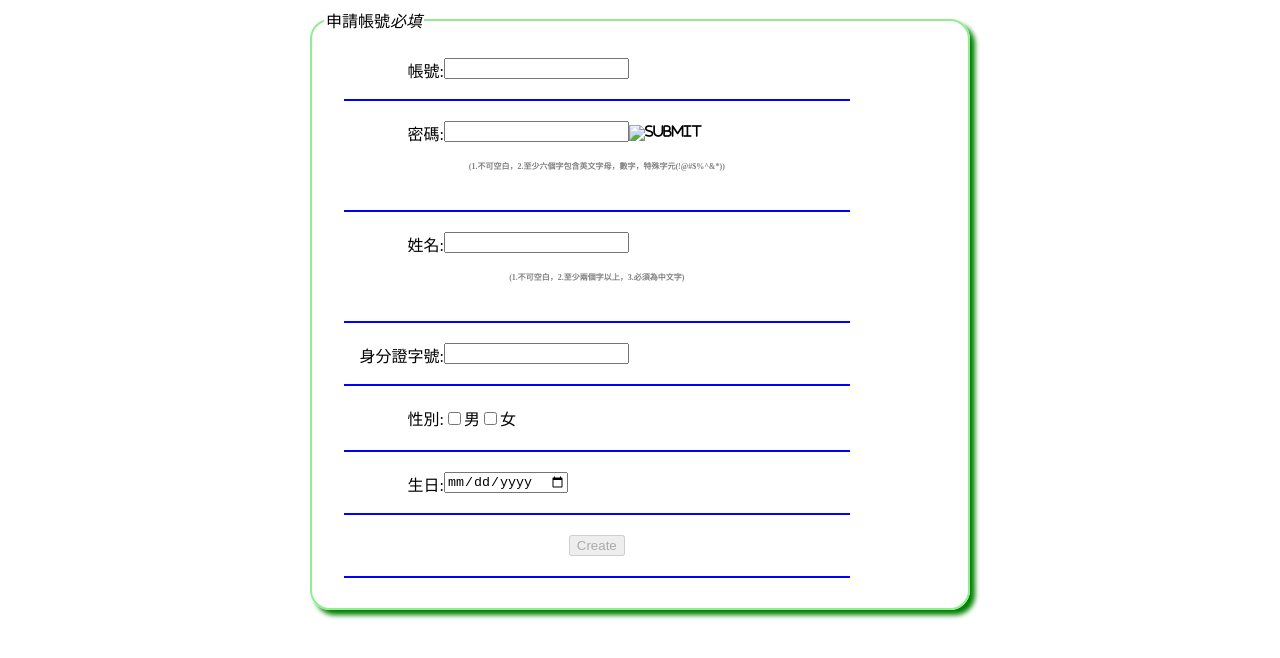
Repository: cctytw2000/JavaSecondProject
Page: Member/EEIT109_35/src/main/webapp/html/RegisteredMember.html
An editor plug-in stored every save of this project. The page is shown before and after the next save, followed by the edit.
The browser window is 1280 px wide. The pictures show the whole page.
Some web libraries are served in a nearby version.

Above is the page before, as saved 2019-09-07 02:17:14.

### Member/EEIT109_35/src/main/webapp/html/RegisteredMember.html
<!DOCTYPE html>
<html>
<head>
<meta charset="UTF-8">
<title>Insert title here</title>
<script src="../JS/RegisteredMember.js"></script>
<link rel="stylesheet" href="../CSS/RegisteredMember.css">
<script src="https://kit.fontawesome.com/685268963f.js"></script>
</head>
<body>


<form action="../RegisteredMember.do" method="post">

 <fieldset>
<legend>申請帳號<em>必填</em></legend>
<div class="div1">
<label class='label1'>帳號:</label><input type="text" id="account" name="account"><span id="account_msg"></span>
</div>
<div class="div1">
<label class='label1'>密碼:</label><input type="password" id="password" name="password"><span id="msg_password"></span><input class="fas fa-eye" type="image" onclick="showHide()" id="eye">

</button>
<h6 style="color: gray;font-size: 8px">(1.不可空白，2.至少六個字包含英文字母，數字，特殊字元(!@#$%^&*))</h6>
</div>
<div class="div1">
<label class='label1'>姓名:</label><input type="text" id="username" name="username"><span id="msg"></span>
<h6 style="color: gray;font-size: 8px">(1.不可空白，2.至少兩個字以上，3.必須為中文字)</h6>
</div>
<div class="div1">
<label class='label1'>身分證字號:</label><input type="text" name="idnumber">
</div>
<div class="div1">
<label class='label1'>性別:</label><input type="checkbox" name="sex" value="male">男<input type="checkbox" name="sex" value="female">女
</div>
<div class="div1">
<label class='label1'>生日:</label><input id="date" type="date" name="birth">
</div>
<div id="submit"  class="div1" style="text-align: center">
<input type='submit' value='Create' disabled>
</div>
</fieldset>
</form>

</body>
</html>

### Member/EEIT109_35/src/main/webapp/JS/RegisteredMember.js
let opens1 = false;
let opens2 = false;
let opens3 = false;
document.addEventListener("DOMContentLoaded", function() {
	document.getElementById("account").addEventListener("blur", check_account);
	document.getElementById("username")
			.addEventListener("blur", check_username); // 事件繫結，事件氣泡(bubbling)
	document.getElementById("password")
			.addEventListener("blur", check_password);
	document.getElementById("date").addEventListener("blur", opencreate);
});
function show() {
	var p = document.getElementById('pwd');
	p.setAttribute('type', 'text');
}

function hide() {
	var p = document.getElementById('pwd');
	p.setAttribute('type', 'password');
}

function showHide() {
	var pwShown = 0;

	document.getElementById("eye").addEventListener("click", function() {
		if (pwShown == 0) {
			pwShown = 1;
			show();
		} else {
			pwShow = 0;
			hide();
		}
	}, false);

}

function opencreate() {
	if (opens2 && opens1 && opens3) {
		document.getElementById("submit").innerHTML = "<input type='submit' value='Create'>";
	}
}

function check_account() {

	let PWDVal = document.getElementById("account").value;
	var PWDVallen = PWDVal.length;
	let flag1 = false, flag2 = false, flag3 = false
	let special = [ '!', '@', '#', '$', '%', '^', '&', '*' ]

	if (PWDVal == "") {
		document.getElementById("account_msg").innerHTML = "<img src='../Images/noway.jpg'>不可空白"
	} else if (PWDVallen >= 6) {
		for (let i = 0; i < PWDVallen; i++) {
			let chrPwd = PWDVal.charAt(i).toUpperCase();
			if (chrPwd >= "A" && chrPwd <= "Z") {
				flag1 = true
				console.log(chrPwd)
			} else if (chrPwd >= "0" && chrPwd <= "9") {
				flag2 = true
				console.log(chrPwd)
			} else if (special.lastIndexOf(chrPwd)) {
				console.log(chrPwd)
				flag3 = true
			}
			if (flag1 && flag2 && flag3) {
				document.getElementById("account_msg").innerHTML = "<img src='../Images/yes.jpg'>格式符合";
				opens3 = true

			} else {
				document.getElementById("account_msg").innerHTML = "<img src='../Images/noway.jpg'>格式不符合"

			}
			;
		}
	} else {
		document.getElementById("account_msg").innerHTML = "<img src='../Images/noway.jpg'>至少六個字"
	}
}
function check_username() {
	let acc = document.getElementById("username").value;
	var acc_length = acc.length;
	var flag4 = false;
	if (acc == "") {
		document.getElementById("msg").innerHTML = "<img src='../Images/noway.jpg'>不可空白"
	} else if (acc_length >= 2) {
		for (let i = 0; i < acc_length; i++) {

			if (acc.charCodeAt(i) >= 0x4e00 && acc.charCodeAt(i) <= 0x9fff) {

				flag4 = true
			} else {
				flag4 = false;
				break;
			}
		}
		if (flag4) {
			document.getElementById("msg").innerHTML = "<img src='../Images/yes.jpg'>格式符合"
			opens1 = true
		} else {
			document.getElementById("msg").innerHTML = "<img src='../Images/noway.jpg'>必須為中文字"
		}
	} else {
		document.getElementById("msg").innerHTML = "<img src='../Images/noway.jpg'>至少兩個字"

	}

}

function check_password() {
	let PWDVal = document.getElementById("password").value;
	var PWDVallen = PWDVal.length;
	let flag1 = false, flag2 = false
	let special = [ '!', '@', '#', '$', '%', '^', '&', '*' ]

	if (PWDVal == "") {
		document.getElementById("msg_password").innerHTML = "<img src='../Images/noway.jpg'>不可空白"
	} else if (PWDVallen >= 6) {
		for (let i = 0; i < PWDVallen; i++) {
			let chrPwd = PWDVal.charAt(i).toUpperCase();
			if (chrPwd >= "A" && chrPwd <= "Z") {
				flag1 = true
				console.log(chrPwd)
			} else if (chrPwd >= "0" && chrPwd <= "9") {
				flag2 = true
				console.log(chrPwd)
			}
			if (flag1 && flag2) {
				document.getElementById("msg_password").innerHTML = "<img src='../Images/yes.jpg'>格式符合";
				opens2 = true

			} else {
				document.getElementById("msg_password").innerHTML = "<img src='../Images/noway.jpg'>格式不符合"

			}
			;
		}
	} else {
		document.getElementById("msg_password").innerHTML = "<img src='../Images/noway.jpg'>至少六個字"
	}
	// document.getElementById("msg_password").innerHTML = "<img
	// src='image/yes.jpg'>"
}

### Member/EEIT109_35/src/main/webapp/CSS/RegisteredMember.css
fieldset {
	width: 50%;
	height: 70%;
	border: 2px solid lightgreen;
	border-radius: 20px;
	margin: auto auto;
	padding: auto auto;
	box-shadow: 5px 5px 5px green;
}

.div1 {
	border-bottom: 2px solid blue;
	padding-bottom: 20px;
	margin: 20px;
	width: 450px;
	width: 80%
}

.sub1 {
	width: 450px;
	text-align: center;
	padding: 20px;
}

.label1 {
	width: 100px;
	float: left;
	text-align: right
}

form {
	width: 100%;
	/* margin: 15px auto; */
}

h6 {
	text-align: center
}

input:focus {
	background-color: #cccccc
}

After the next save:
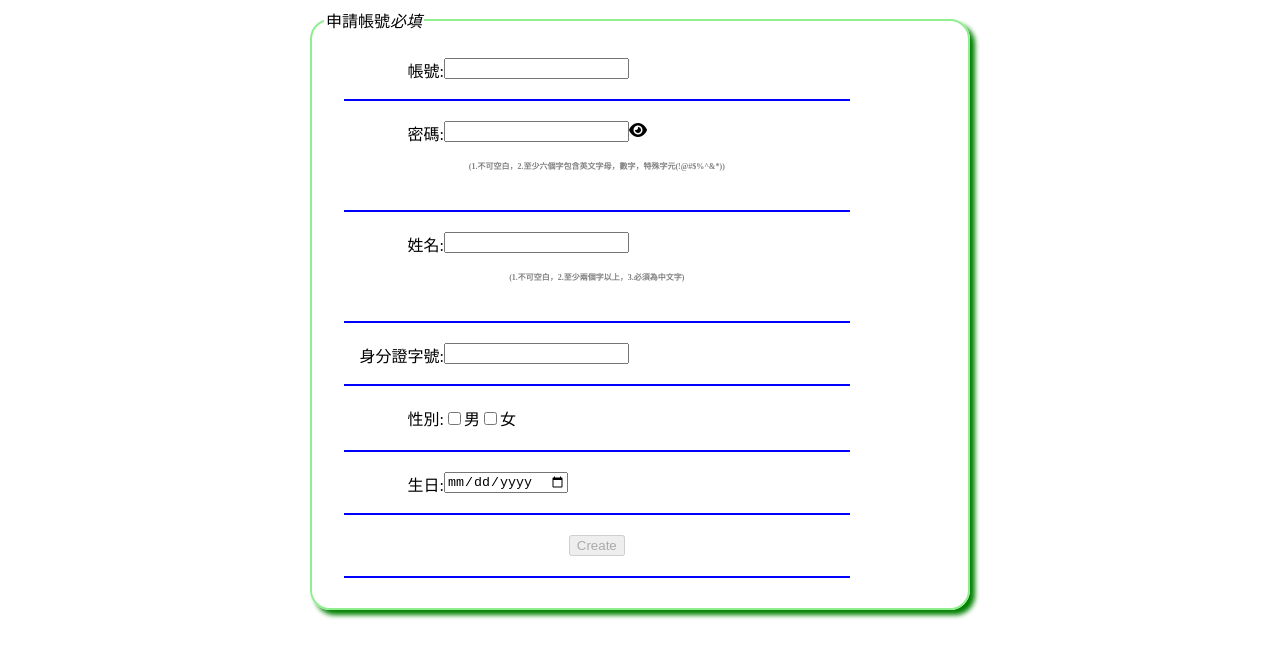
Saved 102 s later.
--- a/Member/EEIT109_35/src/main/webapp/html/RegisteredMember.html
+++ b/Member/EEIT109_35/src/main/webapp/html/RegisteredMember.html
@@ -18,7 +18,7 @@
 <label class='label1'>帳號:</label><input type="text" id="account" name="account"><span id="account_msg"></span>
 </div>
 <div class="div1">
-<label class='label1'>密碼:</label><input type="password" id="password" name="password"><span id="msg_password"></span><input class="fas fa-eye" type="image" onclick="showHide()" id="eye">
+<label class='label1'>密碼:</label><input type="password" id="password" name="password"><span id="msg_password"></span><i id="eye" class="fas fa-eye"></i>
 
 </button>
 <h6 style="color: gray;font-size: 8px">(1.不可空白，2.至少六個字包含英文字母，數字，特殊字元(!@#$%^&*))</h6>
